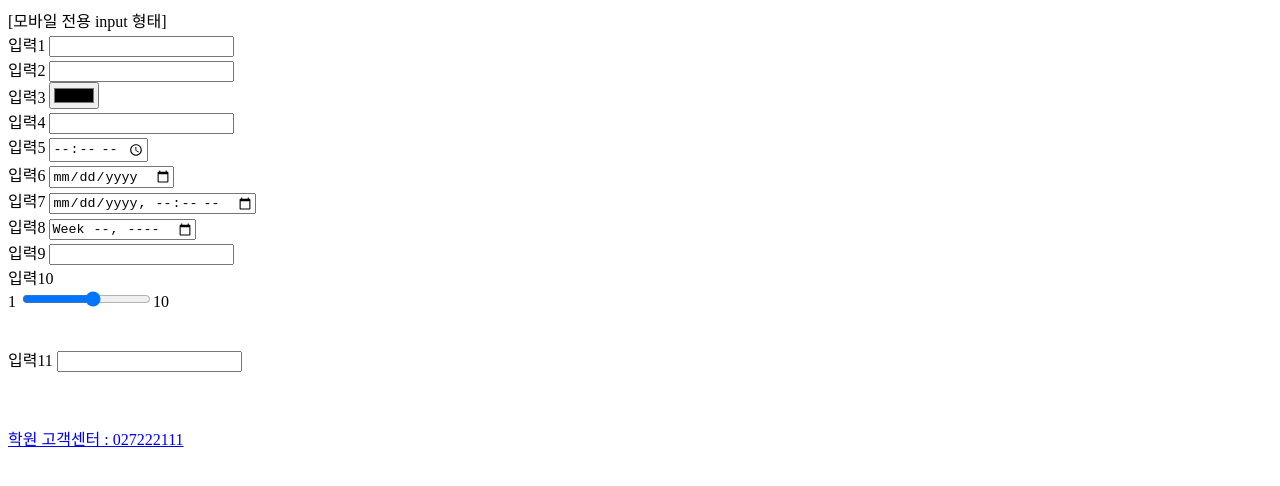
Repository: mnemion/BackendClass
Page: web/src/main/webapp/m/index.html
The author's editor kept a copy of each file at every save. The page is drawn from the files as they stood at one save, then again after the next save.
The browser window is 1280 px wide. The pictures show the whole page.

Above is the page before, as saved 2023-08-31 06:00:34.

### web/src/main/webapp/m/index.html
<!DOCTYPE html>
<html lang="ko">
<head>
<meta charset="UTF-8">
<meta name="viewport" content="width=device-width, initial-scale=1.0">
<title>모바일 전용 웹페이지</title>
</head>
<body>
[모바일 전용 input 형태]<br>
입력1 <input type="text"><br>		<!-- 일반 입력 (P, M) -->
입력2 <input type="number"><br>	<!-- 숫자만 입력 (M) -->
입력3 <input type="color"><br>	<!-- 색상선택 (P, M) -->
입력4 <input type="tel"><br>		<!-- 전화번호 (M) -->
입력5 <input type="time"><br>		<!-- 시간선택 (P, M) -->
입력6 <input type="date"><br>		<!-- 날짜선택 (P, M) -->
입력7 <input type="datetime-local"><br>	<!-- 날짜, 시간 동시에 입력 (P, M) -->
입력8 <input type="week"><br>		<!-- 몇 주차 (P, M) [ios에서 작동불능] -->
입력9 <input type="email"><br>	<!-- 이메일 (P, M) -->
입력10 <br>		<!-- 수량, 크기 범위 선택 (P, M) -->
<form oninput="sound2.value=parseInt(sound.value)">
1 <input type="range" id="sound" min="1" max="10">10<br>
<output for="sound" name="sound2"></output>
<br><br>
</form>
입력11 <input type="url"><br>		<!-- 도메인, 블로그 등 웹 경로 (M) -->
<br><br><br>
<a href="tel:027222111">학원 고객센터 : 027222111</a>
</body>
</html>

After the next save:
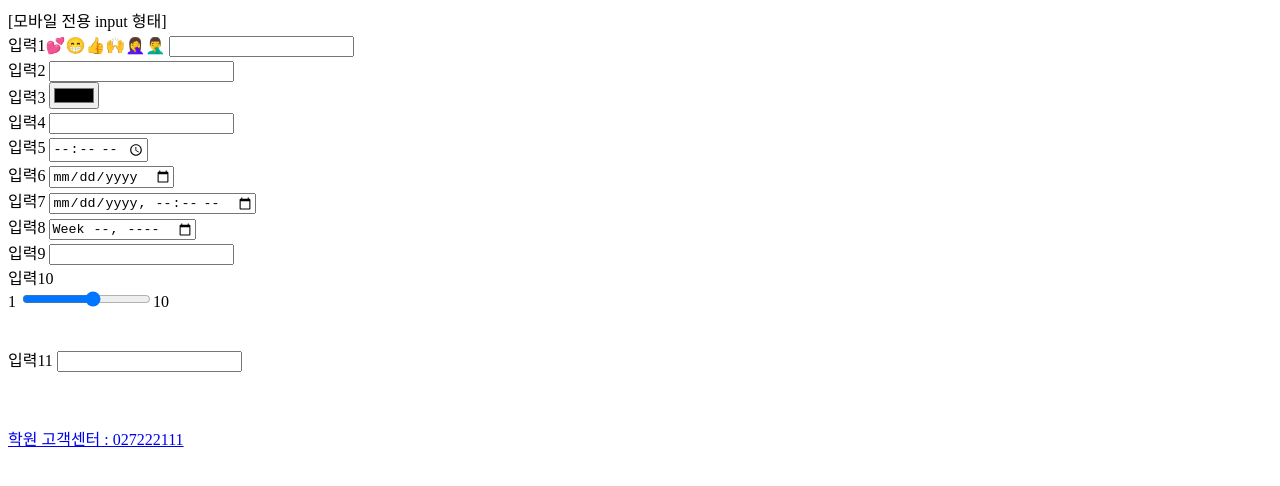
Saved 6 min 36 s later.
--- a/web/src/main/webapp/m/index.html
+++ b/web/src/main/webapp/m/index.html
@@ -7,7 +7,7 @@
 </head>
 <body>
 [모바일 전용 input 형태]<br>
-입력1 <input type="text"><br>		<!-- 일반 입력 (P, M) -->
+입력1💕😁👍🙌🤦‍♀️🤦‍♂️ <input type="text"><br>		<!-- 일반 입력 (P, M) -->
 입력2 <input type="number"><br>	<!-- 숫자만 입력 (M) -->
 입력3 <input type="color"><br>	<!-- 색상선택 (P, M) -->
 입력4 <input type="tel"><br>		<!-- 전화번호 (M) -->

After the save that followed:
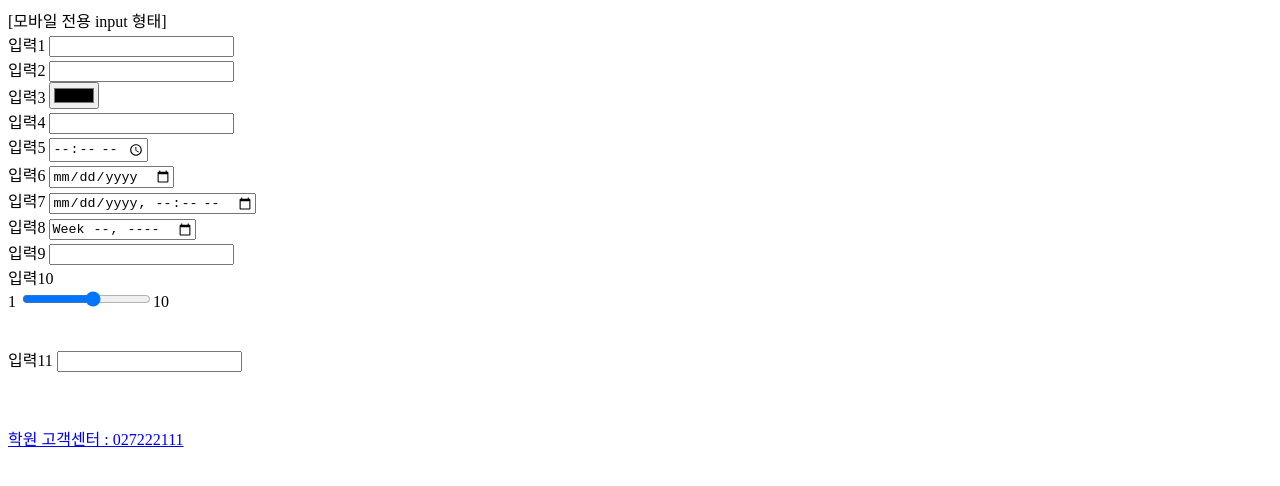
Saved 14 s later.
--- a/web/src/main/webapp/m/index.html
+++ b/web/src/main/webapp/m/index.html
@@ -7,7 +7,7 @@
 </head>
 <body>
 [모바일 전용 input 형태]<br>
-입력1💕😁👍🙌🤦‍♀️🤦‍♂️ <input type="text"><br>		<!-- 일반 입력 (P, M) -->
+입력1 <input type="text"><br>		<!-- 일반 입력 (P, M) -->
 입력2 <input type="number"><br>	<!-- 숫자만 입력 (M) -->
 입력3 <input type="color"><br>	<!-- 색상선택 (P, M) -->
 입력4 <input type="tel"><br>		<!-- 전화번호 (M) -->
